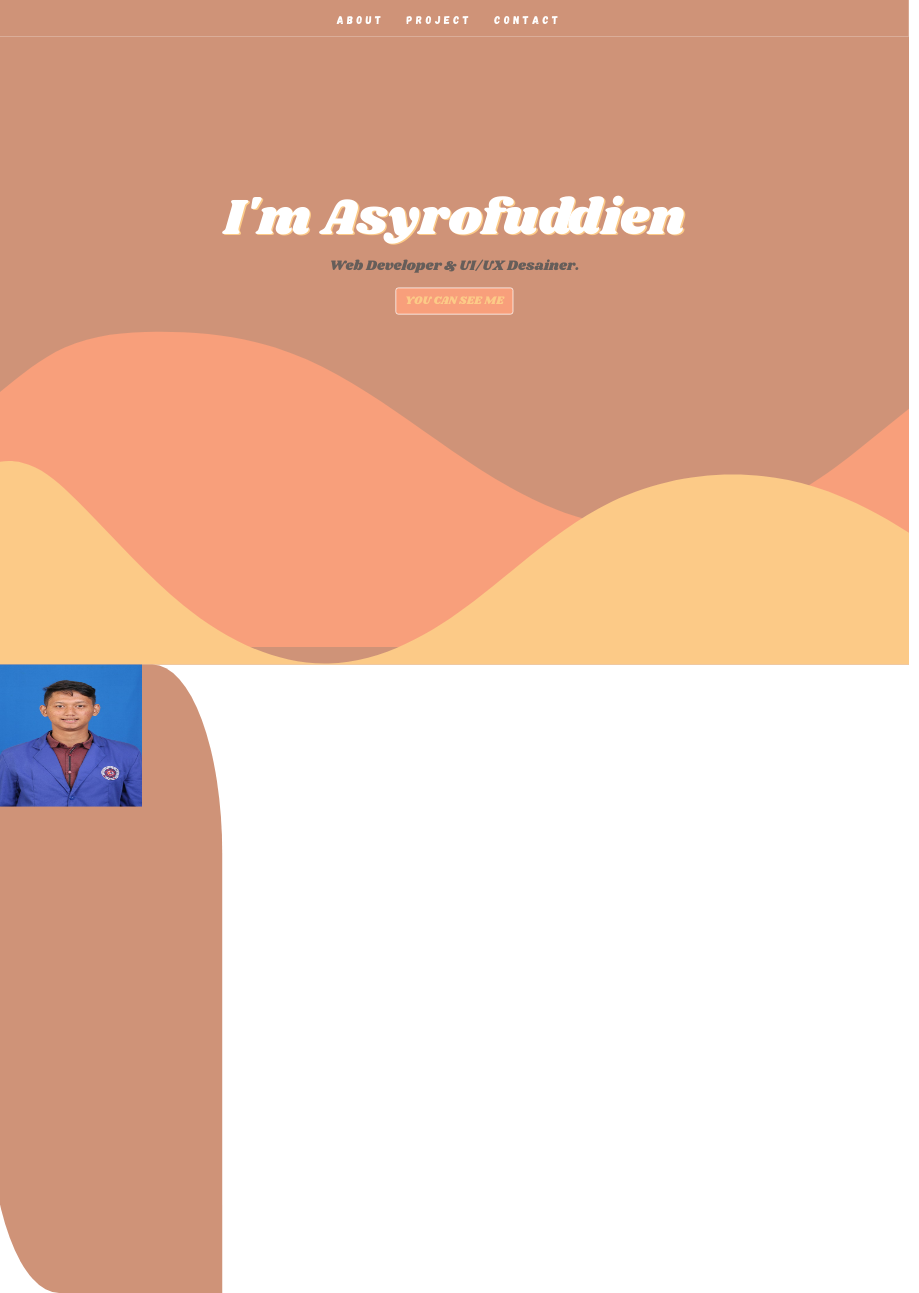
Repository: zetta-muhammad-asyrofuddien/Html-Css-ZettaCAmp
Page: Day1/Portofolio/index.html
The author's editor kept a copy of each file at every save. The page is drawn from the files as they stood at one save, then again after the next save.
The browser window is 1280 px wide. The page is 1295 px wide, so the pictures cover 1295 px, including what lies to the right of the window. The pictures show the whole page, at 71% of full size.

Above is the page before, as saved 2023-07-05 19:49:12.

After the next save:
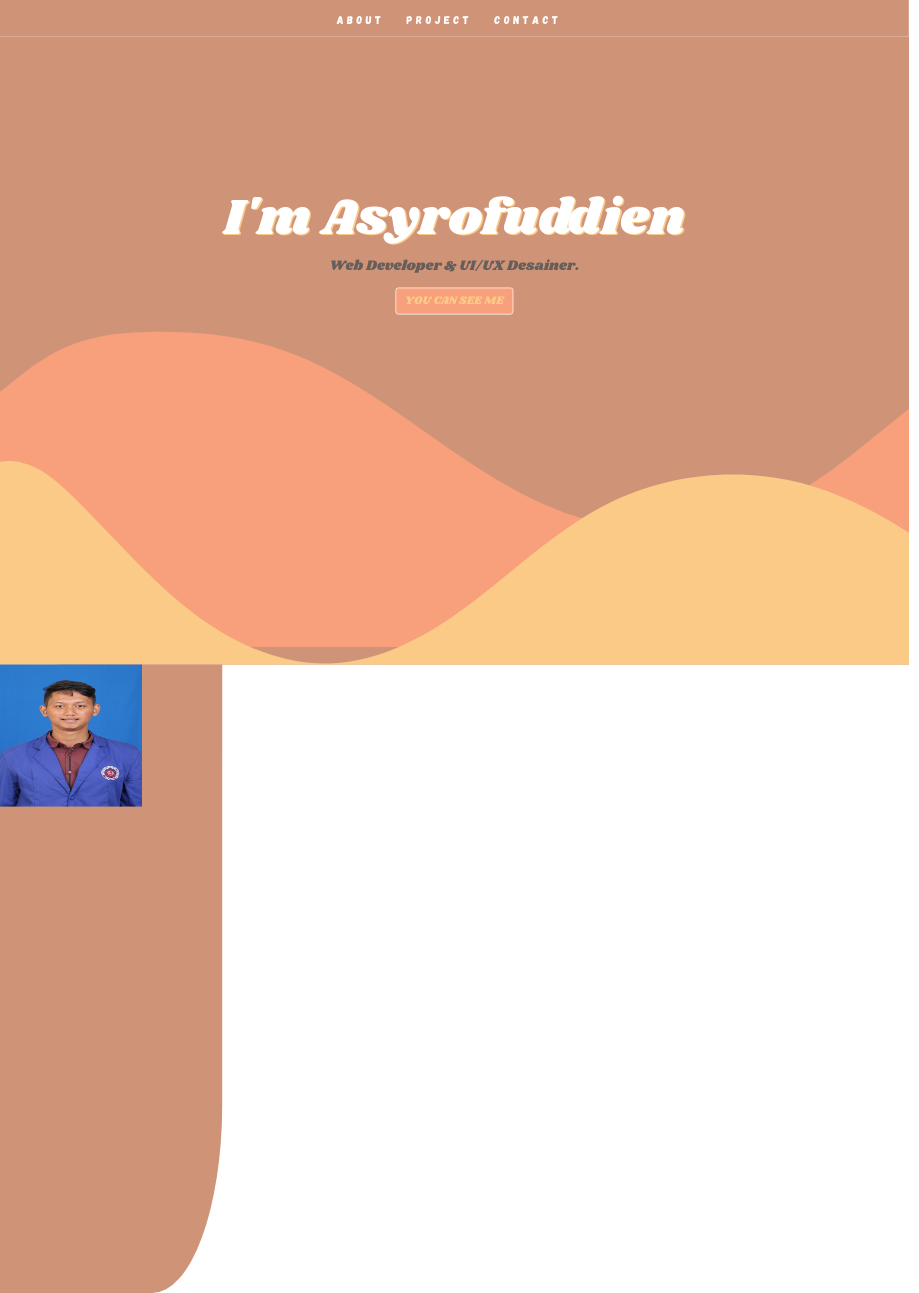
Saved 7 s later.
--- a/Day1/Portofolio/syle.css
+++ b/Day1/Portofolio/syle.css
@@ -73,7 +73,7 @@
 .about-kiri {
   height: 885px;
   background-color: #cf9378;
-  border-radius: 0 30%;
+  border-radius: 30% 0 30%;
 }
 /* DESKTOP VERSION */
 @media (min-width: 992px) {

After the save that followed:
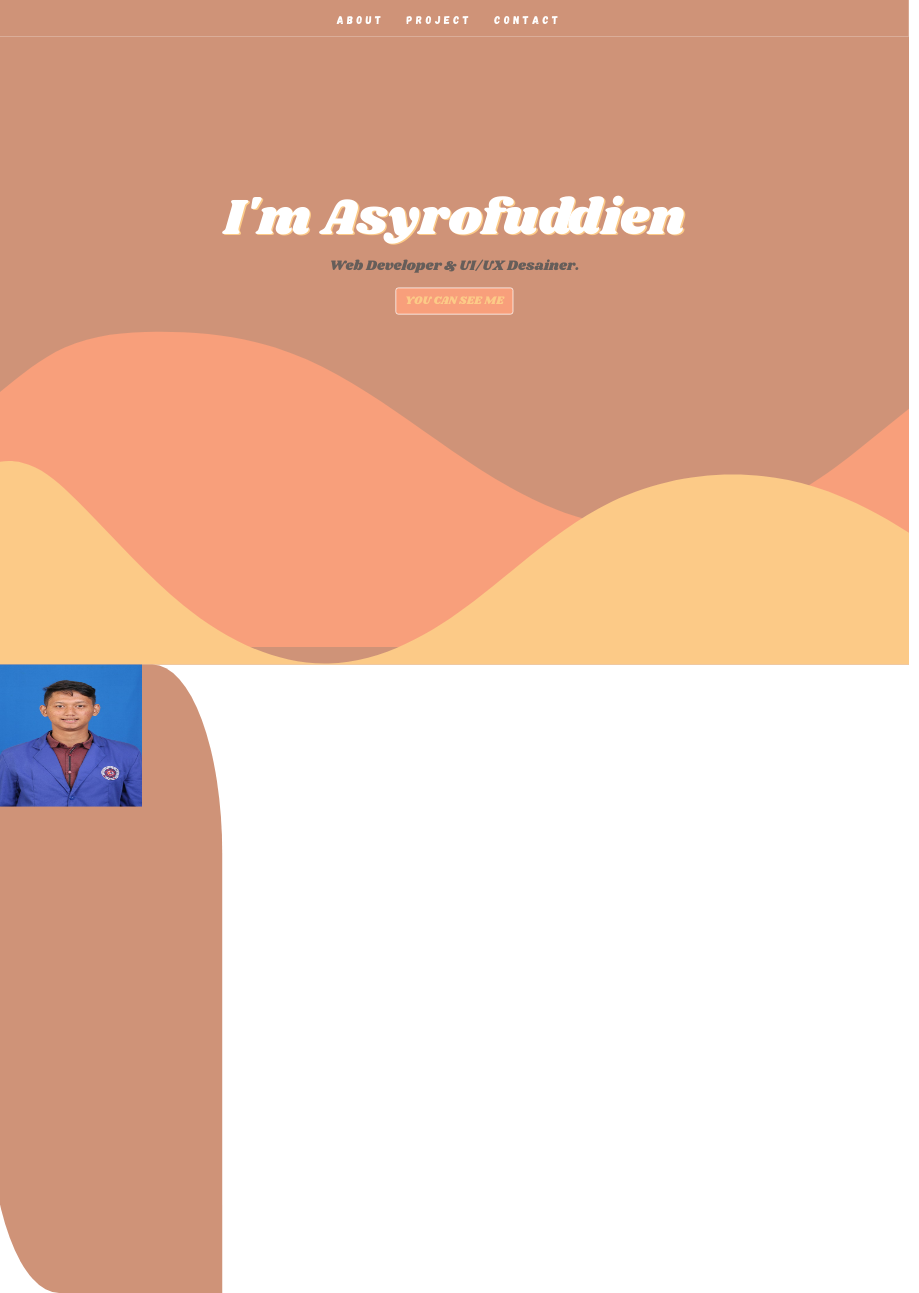
Saved 5 s later.
--- a/Day1/Portofolio/syle.css
+++ b/Day1/Portofolio/syle.css
@@ -73,7 +73,7 @@
 .about-kiri {
   height: 885px;
   background-color: #cf9378;
-  border-radius: 30% 0 30%;
+  border-radius: 0 30% 0 30%;
 }
 /* DESKTOP VERSION */
 @media (min-width: 992px) {
